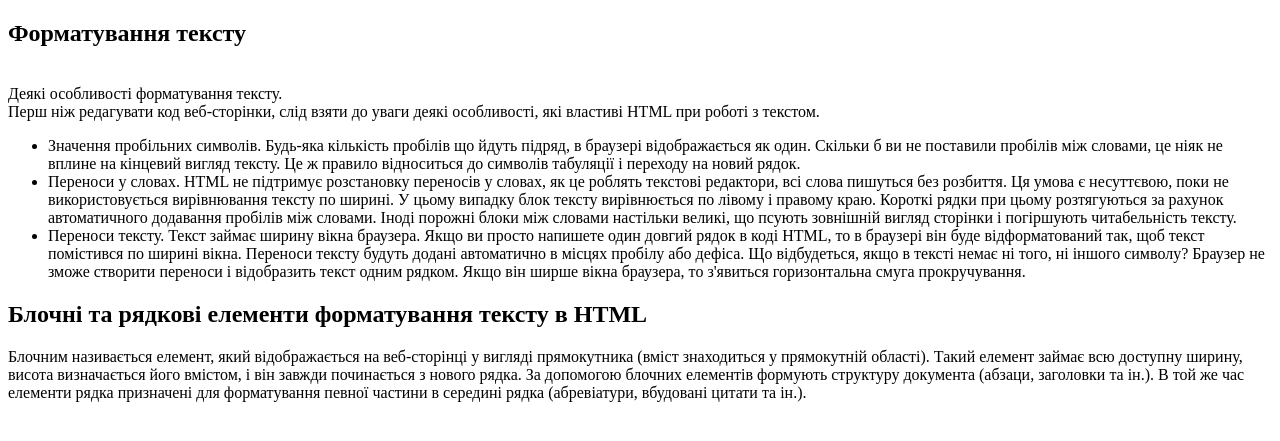
Repository: KseniaMakara/Web
Page: Web/directory.html
The author's editor kept a copy of each file at every save. The page is drawn from the files as they stood at one save, then again after the next save.
The browser window is 1280 px wide. The pictures show the whole page.

Above is the page before, as saved 2021-02-15 16:20:21.

After the next save:
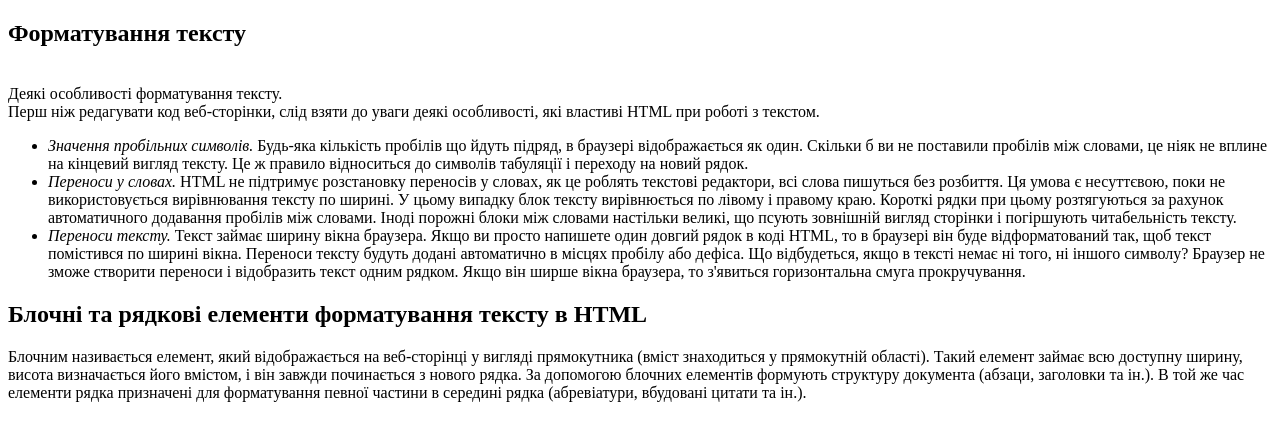
Saved 113 s later.
--- a/Web/directory.html
+++ b/Web/directory.html
@@ -10,18 +10,18 @@
         Перш ніж редагувати код веб-сторінки, слід взяти до уваги деякі
         особливості, які властиві HTML при роботі з текстом.
         <ul>
-        <li>Значення пробільних символів. Будь-яка кількість пробілів що йдуть
+        <li><dfn>Значення пробільних символів.</dfn> Будь-яка кількість пробілів що йдуть
         підряд, в браузері відображається як один. Скільки б ви не поставили пробілів
         між словами, це ніяк не вплине на кінцевий вигляд тексту. Це ж правило
         відноситься до символів табуляції і переходу на новий рядок.</li>
-        <li>Переноси у словах. HTML не підтримує розстановку переносів у
+        <li><dfn>Переноси у словах.</dfn> HTML не підтримує розстановку переносів у
         словах, як це роблять текстові редактори, всі слова пишуться без розбиття. Ця
         умова є несуттєвою, поки не використовується вирівнювання тексту по ширині.
         У цьому випадку блок тексту вирівнюється по лівому і правому краю. Короткі
         рядки при цьому розтягуються за рахунок автоматичного додавання пробілів між
         словами. Іноді порожні блоки між словами настільки великі, що псують
         зовнішній вигляд сторінки і погіршують читабельність тексту.</li>
-        <li> Переноси тексту. Текст займає ширину вікна браузера. Якщо ви
+        <li><dfn>Переноси тексту. </dfn> Текст займає ширину вікна браузера. Якщо ви
         просто напишете один довгий рядок в коді HTML, то в браузері він буде
         відформатований так, щоб текст помістився по ширині вікна. Переноси тексту
         будуть додані автоматично в місцях пробілу або дефіса. Що відбудеться, якщо в
